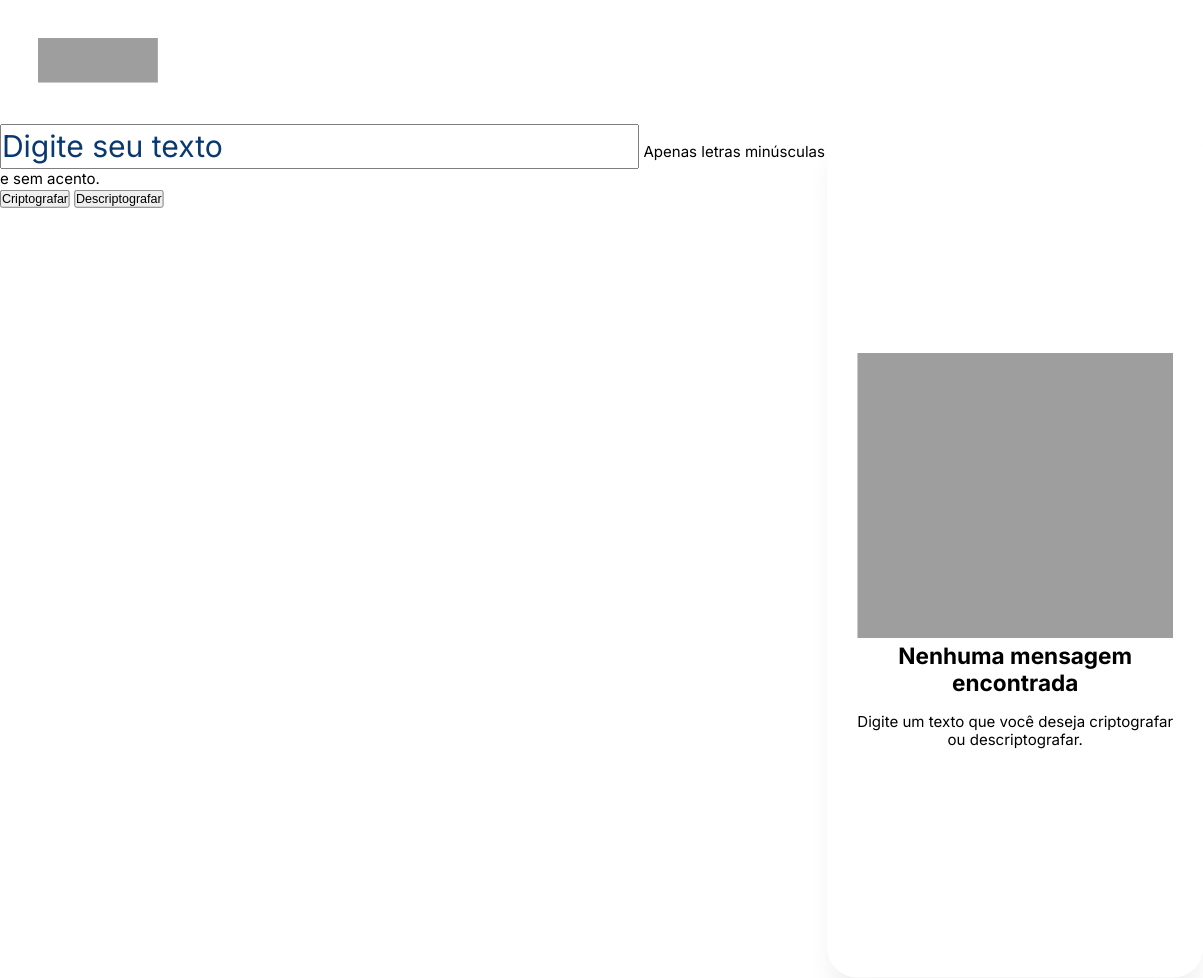
Repository: CarlosEduardoVdeOliveira/descodificador-de-texto
Page: index.html
These files come from the project's save history. The page is drawn as it stood at one moment and after the next save; the edit follows.
The browser window is 1280 px wide. The pictures show the whole page, at 94% of full size.
Pictures or frames that could not be fetched are drawn as grey boxes.

Above is the page before, as saved 2023-04-11 21:22:24.

After the next save:
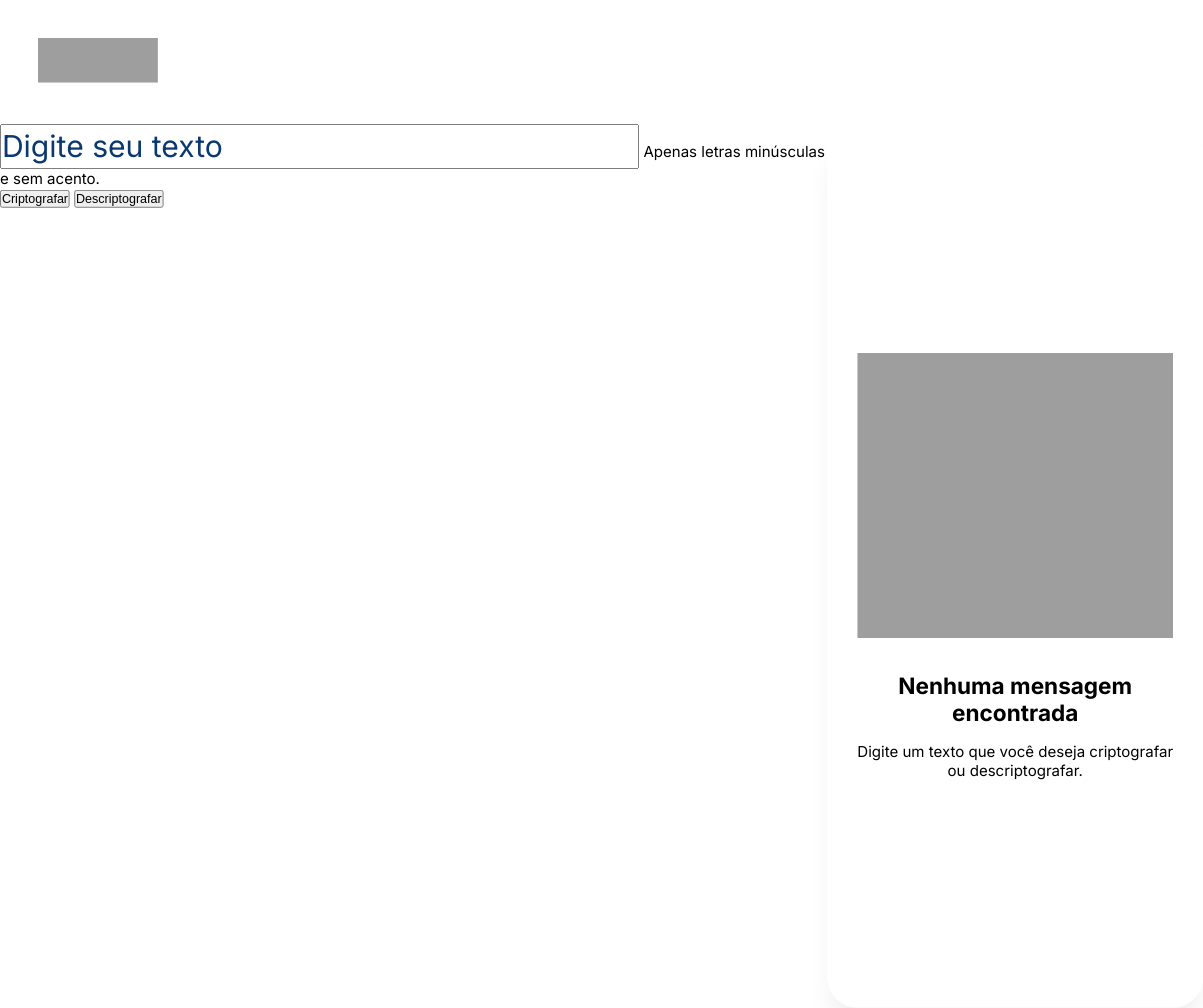
Saved 27 s later.
--- a/public/styles/index.css
+++ b/public/styles/index.css
@@ -45,6 +45,7 @@ input::placeholder{
    display: flex;
    flex-direction: column;
    align-items: flex-start;
+   margin-top: 2rem;
    padding: 0px;
    gap: 16px;
 }
